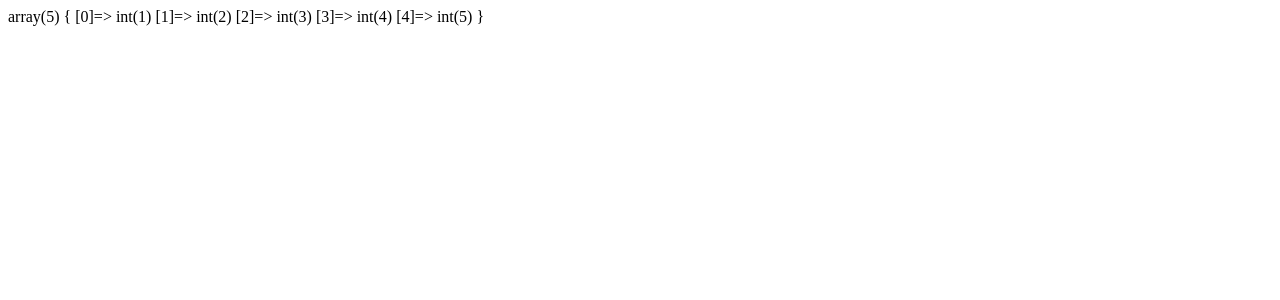
Repository: Matiss1337/PHP
Page: http://localhost/03_arrays.php
These files come from the project's save history. The page is drawn as it stood at one moment and after a run of saves; the edit follows.
The browser window is 1280 px wide. The pictures show the whole page.
The page is run by PHP 8.4 with error messages shown; the project is at /var/www/html/.

Above is the page before, as saved 2023-02-14 10:28:40.

### 03_arrays.php
<?php
$numbers = [1, 2, 3, 4, 5];

var_dump($numbers);

After the next 3 saves:
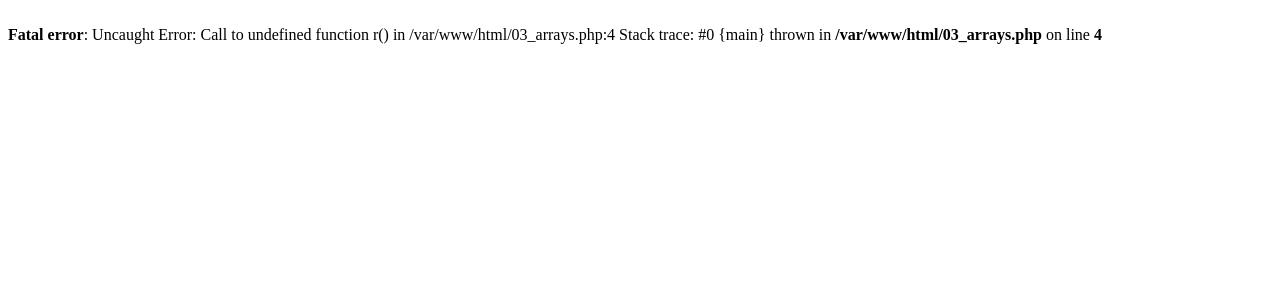
The 3 saves are shown as one change because they came seconds apart.
The last was saved 33 s later.
--- a/03_arrays.php
+++ b/03_arrays.php
@@ -1,4 +1,5 @@
 <?php
 $numbers = [1, 2, 3, 4, 5];
 
+print-r($numbers);
 var_dump($numbers);

After the save that followed:
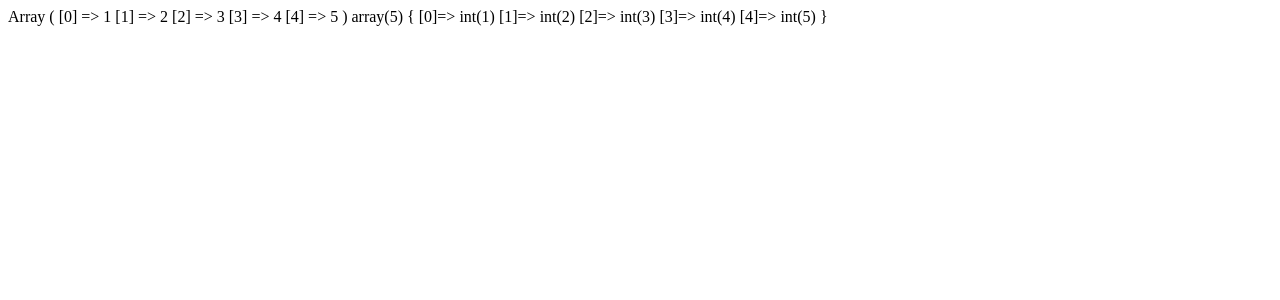
Saved 6 s later.
--- a/03_arrays.php
+++ b/03_arrays.php
@@ -1,5 +1,5 @@
 <?php
 $numbers = [1, 2, 3, 4, 5];
 
-print-r($numbers);
+print_r($numbers);
 var_dump($numbers);
